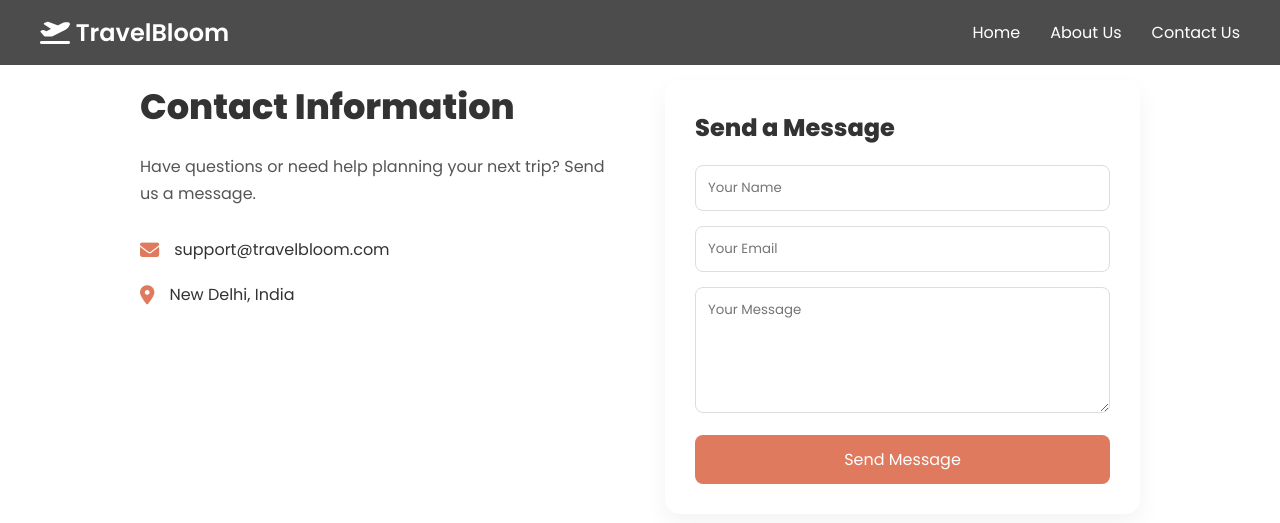
Repository: LatikaAdhikari064/TravelBloom_Project
Page: contact.html
These files come from the project's save history. The page is drawn as it stood at one moment and after the next save; the edit follows.
The browser window is 1280 px wide. The pictures show the whole page.

Above is the page before, as saved 2026-01-08 20:58:19.

After the next save:
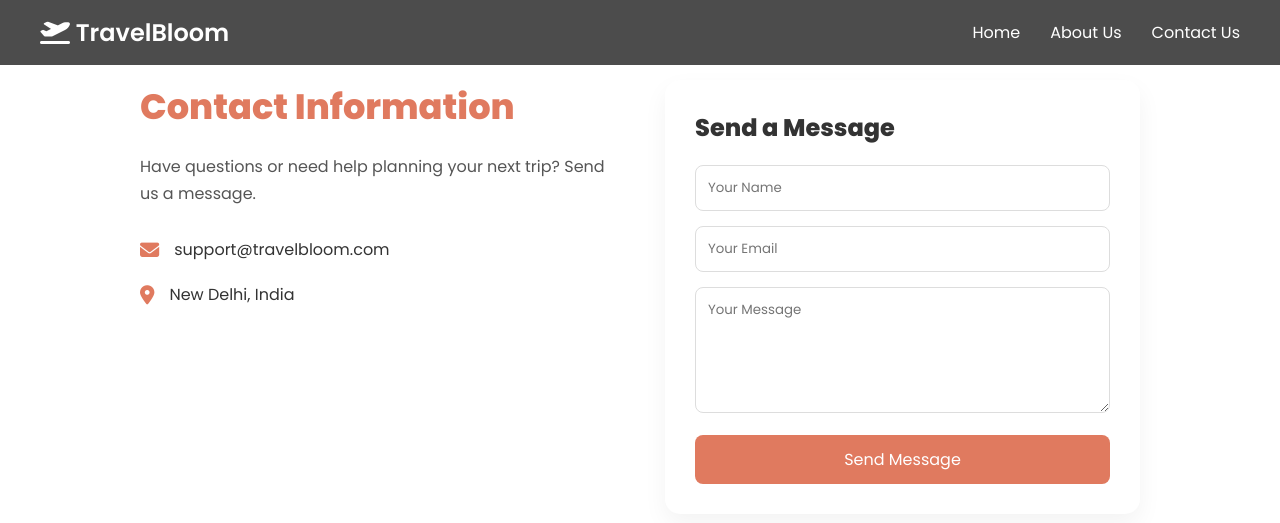
Saved 20 s later.
--- a/contact.css
+++ b/contact.css
@@ -72,7 +72,7 @@
 .contact-info h2 {
     font-size: 2.2rem;
     margin-bottom: 20px;
-    color: #333;
+    color: #E07A5F;
 }
 
 .contact-info p {
